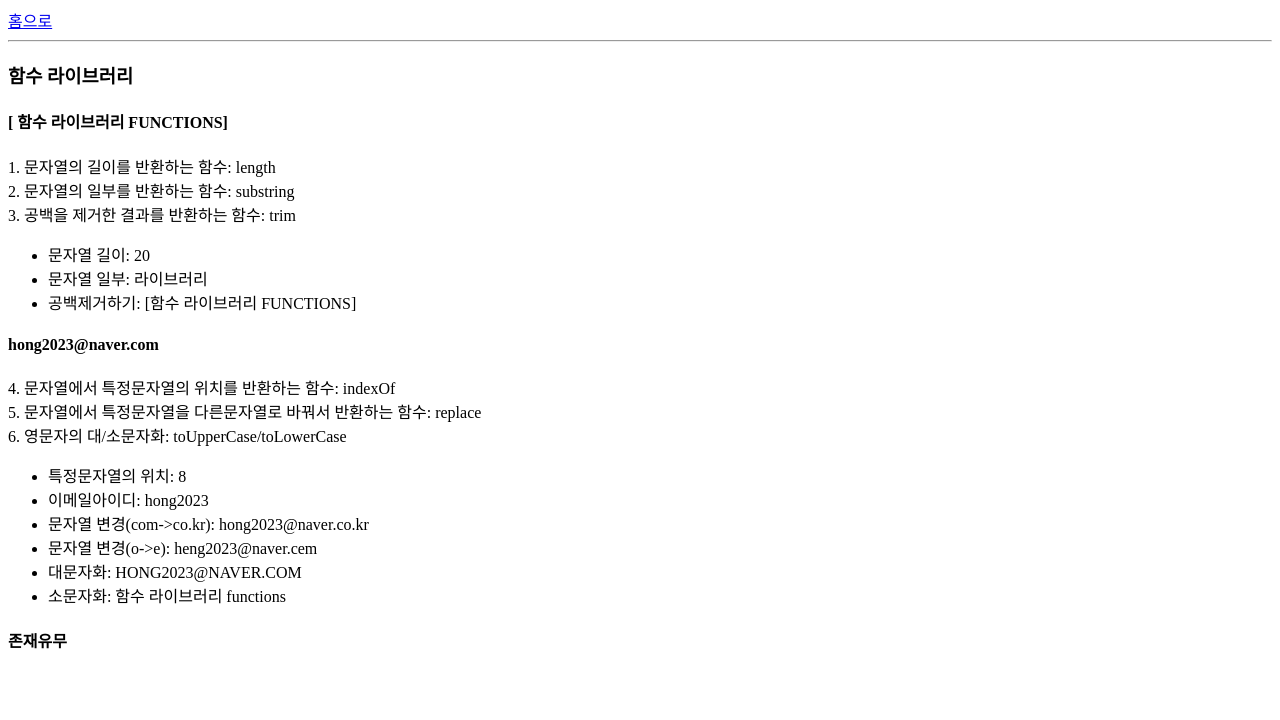
Repository: linklifejo/study_web
Page: http://localhost/servlet02/jstl/functions.jsp
An editor plug-in stored every save of this project. The page is shown before and after the next save, followed by the edit.
The browser window is 1280 px wide. The pictures show the whole page.
The page is served by Tomcat 9. Other server files are loaded and not shown.

Above is the page before, as saved 2023-02-08 01:58:08.

### servlet02/src/main/webapp/jstl/functions.jsp
<%@ page language="java" contentType="text/html; charset=UTF-8"
    pageEncoding="UTF-8"%>
<%@ taglib uri="http://java.sun.com/jsp/jstl/core" prefix="c"%>
<%@ taglib uri="http://java.sun.com/jsp/jstl/functions" prefix="fn"%>
<!DOCTYPE html>
<html>
<head>
<meta charset="UTF-8">
<title>Insert title here</title>
</head>
<body>
<a href='<c:url value="/"/>'>홈으로</a>
<hr>
<h3>함수 라이브러리</h3>

<c:set var="title" value="  함수 라이브러리 FUNCTIONS" />
<h4>[${title}]</h4>
<div>1. 문자열의 길이를 반환하는 함수: length</div>
<div>2. 문자열의 일부를 반환하는 함수: substring</div>
<div>3. 공백을 제거한 결과를 반환하는 함수: trim</div>
<ul>
	<li>문자열 길이: ${fn: length(title) }</li>
	<li>문자열 일부: ${fn: substring(title,5,10) }</li>
	<li>공백제거하기: [${fn: trim(title) }]</li>
</ul>

<c:set var='email' value='hong2023@naver.com'/>
<h4>${email}</h4>
<div>4. 문자열에서 특정문자열의 위치를 반환하는 함수: indexOf</div>
<div>5. 문자열에서 특정문자열을 다른문자열로 바꿔서 반환하는 함수: replace</div>
<div>6. 영문자의 대/소문자화: toUpperCase/toLowerCase</div>
<ul>
	<li>특정문자열의 위치: ${fn: indexOf(email, '@') } </li>
	<li>이메일아이디: ${fn: substring(email, 0, fn: indexOf(email, '@')) }</li>
	<li>문자열 변경(com->co.kr): ${fn: replace(email, 'com', 'co.kr') }</li>
	<li>문자열 변경(o->e): ${fn: replace(email, 'o', 'e') }</li>
	<li>대문자화: ${fn: toUpperCase(email) }</li>
	<li>소문자화: ${fn: toLowerCase(title) }</li>
</ul>

<c:set var='subject' value='java,jsp/css,jquery'/>
<h4>존재유무</h4>









</body>
</html>

After the next save:
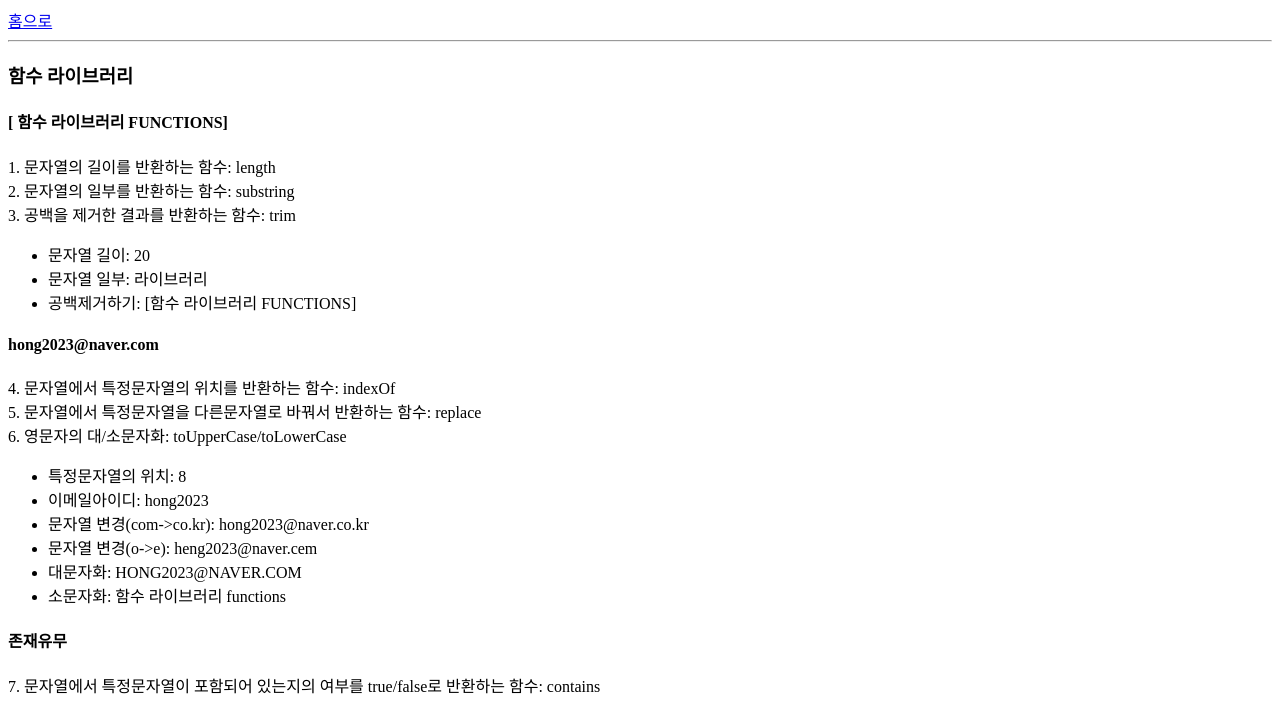
Saved 48 s later.
--- a/servlet02/src/main/webapp/jstl/functions.jsp
+++ b/servlet02/src/main/webapp/jstl/functions.jsp
@@ -40,6 +40,7 @@
 
 <c:set var='subject' value='java,jsp/css,jquery'/>
 <h4>존재유무</h4>
+<div>7. 문자열에서 특정문자열이 포함되어 있는지의 여부를 true/false로 반환하는 함수: contains</div>
 
 
 
